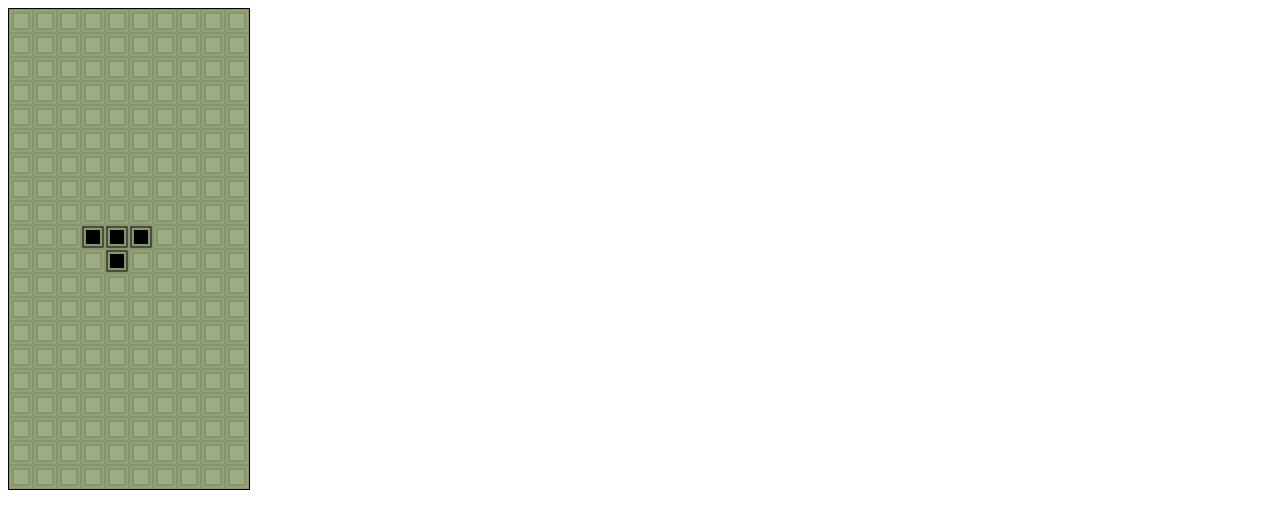
Repository: yzarc204/tetris-web
Page: index.html
These files come from the project's save history. The page is drawn as it stood at one moment and after the next save; the edit follows.
The browser window is 1280 px wide. The pictures show the whole page.

Above is the page before, as saved 2021-09-20 23:01:25.

### index.html
<!DOCTYPE html>
<html lang="en">
<head>
    <meta charset="UTF-8">
    <meta http-equiv="X-UA-Compatible" content="IE=edge">
    <meta name="viewport" content="width=device-width, initial-scale=1.0">
    <title>Tetris</title>
    <style>
        canvas {
            border: 1px solid #000;
        }
    </style>
</head>
<body>
    <script src="js/const.js"></script>
    <script src="js/shape.js"></script>
    <script src="js/board.js"></script>
    <script src="js/pixel.js"></script>
    <script src="js/brick.js"></script>
    <script src="js/game.js"></script>
</body>
</html>

### js/const.js
const PIXEL_SIZE = 24;

const B = 'B';
const _ = ' ';

const ROW = 20;
const COL = 10;

const GAME_WIDTH = PIXEL_SIZE * COL;
const GAME_HEIGHT = PIXEL_SIZE * ROW;

const GAME_BG_COLOR = '#86966c';
const PIXEL_COLOR = '#000000';
const PIXEL_BG_COLOR = '#9EAD86';

const SLEEP = 250;

// const BRICK_SHAPES = [
//     [
//         [
//             [B, B, B, B]
//         ]
//     ],
//     [
//         [B, B, B],
//         [_, B, _]
//     ],
//     [
//         [B, B, _],
//         [_, B, B]
//     ],
//     [
//         [_, B, B],
//         [B, B, _]
//     ],
//     [
//         [B, B, B],
//         [_, _, B]
//     ],
//     [
//         [B, B, B],
//         [B, _, _]
//     ],
//     [
//         [B, B, B],
//         [_, _, B]
//     ],
// ];

### js/shape.js
const z1 = [
    [B, B, _],
    [_, B, B],
    [_, _, _]
];

const z2 = [
    [_, B, B],
    [B, B, _],
    [_, _, _]
];

const l1 = [
    [B, B, B],
    [B, _, _],
    [_, _, _]
];

const l2 = [
    [B, B, B],
    [_, _, B],
    [_, _, _]
];

const t = [
    [B, B, B],
    [_, B, _],
    [_, _, _]
];

const o = [
    [B, B],
    [B, B]
];

const i = [
    [_, B, _, _],
    [_, B, _, _],
    [_, B, _, _],
    [_, B, _, _]
];

const BRICK_SHAPES = [
    z1, z2, l1, l2, t, o, i
];

### js/board.js
class Board
{
    constructor(tetris) {
        this.tetris = tetris;
        this.map = [];
        this.row = ROW;
        this.col = COL;
        this.init();
    }

    init() {
        for (let row = 0; row < this.row; row++) {
            let rowData = [];
            for (let col = 0; col < this.col; col++) {
                rowData.push(_);
            }
            this.map.push(rowData);
        }
    }

    isEmptyCell(row, col) {
        if (row > this.row-1 || col > this.col-1)
           return false;
        return this.map[row][col] == _;
    }

    removeRow(idx) {
        for (let i = idx; i > 0; i--) {
            this.map[i] = this.map[i-1];
        }
        this.map[0] = [_, _, _, _, _, _, _, _, _, _];
        this.tetris.line++;
    }

    checkFullRow() {
        for (let row = this.row-1; row > 0; row--) {
            let b = 0;
            for (let col = 0; col < this.col; col++) {
                if (this.map[row][col] == 'B')
                    b++;
            }
            if (b == this.col)
                this.removeRow(row);
        }
    }

    update() {

    }

    draw() {
        for (let row = 0; row < this.row; row++) {
            for (let col = 0; col < this.col; col++) {
                let color = PIXEL_BG_COLOR;
                if (this.map[row][col] == B)
                    color = PIXEL_COLOR;
                new Pixel(this.tetris, row, col, color).draw();
            }
        }
    }
};

### js/pixel.js
class Pixel
{
    constructor(tetris, row, col, color) {
        this.tetris = tetris;
        this.row = row;
        this.col = col;
        this.color = color;
        this.size = PIXEL_SIZE;
    }

    addPixelToBoard() {
        this.tetris.board.map[this.row][this.col] = B;
    }

    isHitLeft() {
        return this.col == 0;
    }

    canMoveLeft() {
        if (this.isHitLeft())
            return false;
        if (!this.tetris.board.isEmptyCell(this.row, this.col-1))
            return false;
        return true;
    }

    moveLeft() {
        if (this.canMoveLeft())
            this.col--;
    }

    isHitRight() {
        return this.col == COL - 1;
    }

    canMoveRight() {
        if (this.isHitRight())
            return false;
        if (!this.tetris.board.isEmptyCell(this.row, this.col+1))
            return false;
        return true;
    }

    moveRight() {
        if (this.canMoveRight())
            this.col++;
    }

    isHitBottom() {
        return this.row == ROW-1;
    }

    canFall() {
        if (this.isHitBottom())
            return false;
        if (!this.tetris.board.isEmptyCell(this.row+1, this.col))
            return false;
        return true;
    }

    fall() {
        if (this.canFall())
            this.row++;
        else
            this.addPixelToBoard();
    }

    draw() {
        const x = this.row * this.size;
        const y = this.col * this.size;
        // Set color
        this.tetris.ctx.fillStyle = this.color;
        this.tetris.ctx.strokeStyle = this.color;
        this.tetris.ctx.lineWidth = 1;
        // Draw outline
        this.tetris.ctx.strokeRect(y+2, x+2, this.size-4, this.size-4);
        // Draw area
        this.tetris.ctx.fillRect(y+5, x+5, this.size-10, this.size-10);
    }
};

### js/brick.js
class Brick {
    constructor(tetris, row, col, shape) {
        this.tetris = tetris;
        this.row = row;
        this.col = col;
        this.map = BRICK_SHAPES[shape];
        this.pixels = [];
        this.color = PIXEL_COLOR;
        this.init();
    }

    init() {
        this.pixels = this.mapToPixels(this.map);
    }

    mapToPixels(map) {
        let pixels = [];
        for (let row = 0; row < map.length; row++) {
            for (let col = 0; col < map[0].length; col++) {
                if (map[row][col] == B) {
                    let newPixel = new Pixel(this.tetris, this.row+row, this.col+col, PIXEL_COLOR);
                    pixels.push(newPixel);
                }
            }
        }
        return pixels;
    }

    addNewBrickToBoard() {
        this.pixels.forEach(pixel => {
            this.tetris.board.map[pixel.row][pixel.col] = B;
        });
        this.tetris.board.checkFullRow();
    }

    canMoveLeft() {
        let doesCanMoveLeft = true;
        this.pixels.forEach(pixel => {
            if (!pixel.canMoveLeft())
                doesCanMoveLeft = false;
        })
        return doesCanMoveLeft;
    }

    moveLeft() {
        if (this.canMoveLeft()) {
            this.col--;
            this.pixels.forEach(pixel => pixel.moveLeft());
        }
    }

    canMoveRight() {
        let doesCanMoveRight = true;
        this.pixels.forEach(pixel => {
            if (!pixel.canMoveRight())
                doesCanMoveRight = false;
        })
        return doesCanMoveRight;
    }

    moveRight() {
        if (this.canMoveRight()) {
            this.col++;
            this.pixels.forEach(pixel => pixel.moveRight());
        }
    }

    canFall() {
        let doesCanFall = true;
        this.pixels.forEach(pixel => {
            if (!pixel.canFall())
                doesCanFall = false;
        })
        return doesCanFall;
    }

    fall() {
        if (this.canFall()) {
            this.row++;
            this.pixels.forEach(pixel => pixel.fall());
        } else {
            this.addNewBrickToBoard();
            this.tetris.createNewBrick();
        }
    }

    canRotate(map) {
        let doesCanRotate = true;
        let newPixels = this.mapToPixels(map);
        newPixels.forEach(pixel => {
            if (!this.tetris.board.isEmptyCell(pixel.row, pixel.col))
                doesCanRotate = false;
        });
        return doesCanRotate;
    }

    rotate() {
        let newMap = [];
        for(let i = 0; i < this.map[0].length; i++) {
            let row = this.map.map(e => e[i]).reverse();
            newMap.push(row);
        }

        if (this.canRotate(newMap)) {
            this.map = newMap;
            this.pixels = this.mapToPixels(newMap);
        }
    }

    update() {
        this.fall();
    }

    draw() {
        this.pixels.forEach(pixel => pixel.draw());
    }
};

### js/game.js
class Tetris {
    constructor() {
        this.cvs = null;
        this.ctx = null;
        this.board = null;
        this.brick = null;
        this.line = 0;
        this.drawLoop = null;
        this.updateLoop = null;
        this.init();
        this.keyboardSettings();
        this.startGame();
        this.loop();
    }

    createNewBrick() {
        let r = Math.floor(Math.random() * 6);
        this.brick = new Brick(this, 0, 3, r);
    }

    init() {
        // Create canvas
        this.cvs = document.createElement('canvas');
        this.cvs.width = GAME_WIDTH;
        this.cvs.height = GAME_HEIGHT;
        document.body.appendChild(this.cvs);

        this.ctx = this.cvs.getContext('2d');
    }

    keyboardSettings() {
        document.addEventListener('keydown', e => {
            console.log(e.code);
            switch(e.code) {
                case 'ArrowLeft':
                    this.brick.moveLeft();
                    break;
                case 'ArrowRight':
                    this.brick.moveRight();
                    break;
                case 'ArrowUp':
                    this.brick.rotate();
                    break;
                case 'ArrowDown':
                    this.brick.fall();
                    break;
                case 'KeyR':
                    this.startGame();
                    break;
            }
        });
    }

    startGame() {
        this.line = 0;
        clearInterval(this.drawLoop);
        clearInterval(this.updateLoop);
        this.board = new Board(this);
        this.createNewBrick();
    }

    clrscr() {
        this.ctx.fillStyle = GAME_BG_COLOR;
        this.ctx.fillRect(0, 0, GAME_WIDTH, GAME_HEIGHT);
    }

    loop() {
        this.updateLoop = setInterval(() => this.update(), 500);
        this.drawLoop = setInterval(() => {
            this.clrscr();
            this.draw();
        }, 17);
    }

    update() {
        this.board.update();
        this.brick.update();
    }

    draw() {
        this.board.draw();
        this.brick.draw();
    }
};

const tetris = new Tetris();

After the next save:
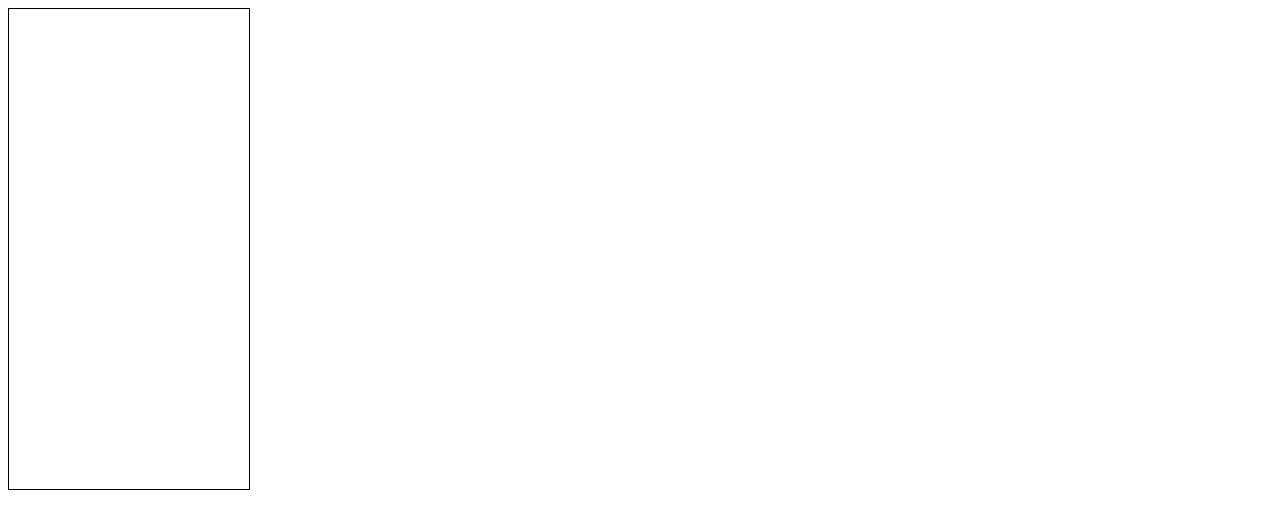
Saved 24 s later.
--- a/js/game.js
+++ b/js/game.js
@@ -10,7 +10,6 @@
         this.init();
         this.keyboardSettings();
         this.startGame();
-        this.loop();
     }
 
     createNewBrick() {

After the save that followed:
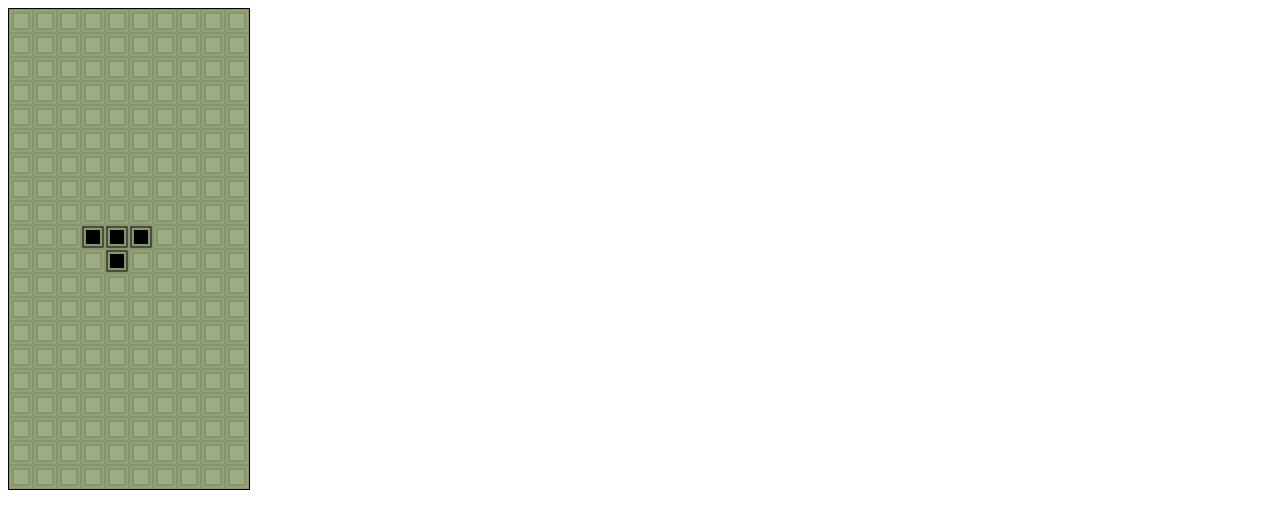
Saved 6 s later.
--- a/js/game.js
+++ b/js/game.js
@@ -56,6 +56,7 @@
         clearInterval(this.updateLoop);
         this.board = new Board(this);
         this.createNewBrick();
+        this.loop();
     }
 
     clrscr() {
